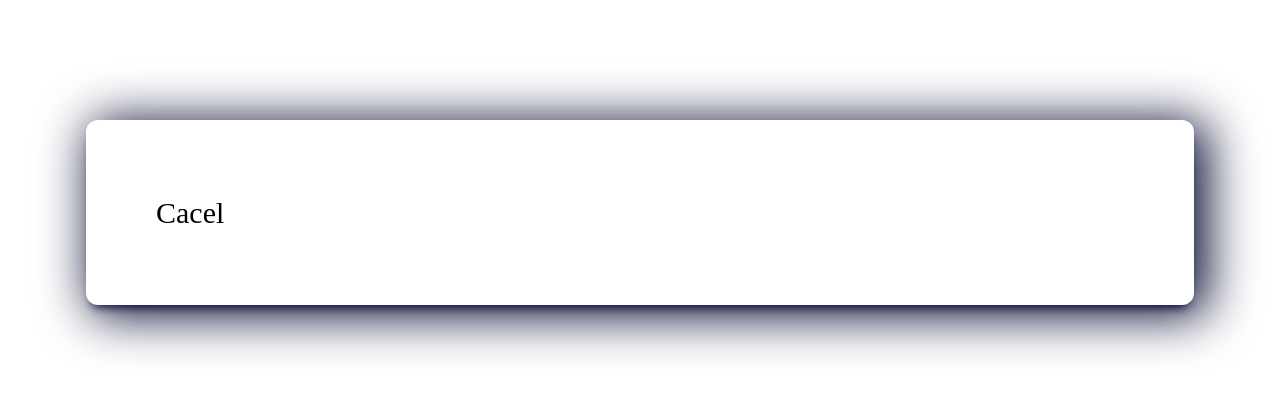
Repository: trantrang2101/CV
Page: index.html
The author's editor kept a copy of each file at every save. The page is drawn from the files as they stood at one save, then again after the next save.
The browser window is 1280 px wide. The pictures show the whole page.
Some web fonts or font styles are not loaded; a fallback is used.

Above is the page before, as saved 2022-07-13 18:18:53.
Console error: TypeError: Cannot read properties of null (reading 'addEventListener')

### index.html
<!DOCTYPE html>
<html lang="en" class="scroll-smooth">

<head>
    <meta charset="UTF-8" />
    <meta http-equiv="X-UA-Compatible" content="IE=edge" />
    <meta name="viewport" content="width=device-width, initial-scale=1.0" />
    <title>
        Play | Free Tailwind CSS Template for Startup and SaaS By TailGrids
    </title>
    <link rel="shortcut icon" href="assets/images/favicon.png" type="image/x-icon" />
    <link rel="stylesheet" href="assets/css/animate.css" />
    <link rel="stylesheet" href="assets/css/tailwind.css" />
    <link rel="stylesheet" href="assets/css/style.css" />

    <script src="assets/js/wow.min.js"></script>
    <script>
        new WOW().init();
    </script>
</head>

<body>
    <section id="home" class="pt-20 lg:pt-[120px] pb-20 lg:pb-[120px]">
        <div class="container">
            <div class="bg-white shadow-xl shadow-dark dark:shadow-xl dark:shadow-light wow fadeInUp rounded-xl"
                data-wow-delay=".2s" style="visibility: visible; animation-delay: 0.2s">
                <div
                    class="flex -mx-4 items-center justify-between relative lg:max-w-[565px] xl:max-w-[640px] w-full py-12 px-7 sm:px-12 md:p-16 lg:py-9 lg:px-16 xl:p-[70px]">
                    <div class="px-4 w-60 max-w-full">
                        <a href="index.html" class="navbar-logo w-full block py-5">
                            <h1 class="font-script">Cacel</h1>
                        </a>
                    </div>
                    <div class="flex px-4 justify-between items-center w-full">
                        <div>
                            <nav
                                class="absolute py-5 lg:py-0 lg:px-4 xl:px-6 bg-white lg:bg-transparent shadow-lg rounded-lg max-w-[250px] w-full lg:max-w-full lg:w-full right-4 top-full hidden lg:block lg:static lg:shadow-none">
                                <ul class="blcok lg:flex">
                                    <li class="relative group">
                                        <a href="#home"
                                            class="ud-menu-scroll text-base text-dark lg:text-white lg:group-hover:opacity-70 lg:group-hover:text-white group-hover:text-primary py-2 lg:py-6 lg:inline-flex lg:px-0 flex mx-8 lg:mr-0">
                                            Home
                                        </a>
                                    </li>
                                    <li class="relative group">
                                        <a href="#about"
                                            class="ud-menu-scroll text-base text-dark lg:text-white lg:group-hover:opacity-70 lg:group-hover:text-white group-hover:text-primary py-2 lg:py-6 lg:inline-flex lg:px-0 flex mx-8 lg:mr-0 lg:ml-7 xl:ml-12">
                                            About
                                        </a>
                                    </li>
                                    <li class="relative group">
                                        <a href="#pricing"
                                            class="ud-menu-scroll text-base text-dark lg:text-white lg:group-hover:opacity-70 lg:group-hover:text-white group-hover:text-primary py-2 lg:py-6 lg:inline-flex lg:px-0 flex mx-8 lg:mr-0 lg:ml-7 xl:ml-12">
                                            Pricing
                                        </a>
                                    </li>
                                    <li class="relative group">
                                        <a href="#team"
                                            class="ud-menu-scroll text-base text-dark lg:text-white lg:group-hover:opacity-70 lg:group-hover:text-white group-hover:text-primary py-2 lg:py-6 lg:inline-flex lg:px-0 flex mx-8 lg:mr-0 lg:ml-7 xl:ml-12">
                                            Team
                                        </a>
                                    </li>
                                    <li class="relative group">
                                        <a href="#contact"
                                            class="ud-menu-scroll text-base text-dark lg:text-white lg:group-hover:opacity-70 lg:group-hover:text-white group-hover:text-primary py-2 lg:py-6 lg:inline-flex lg:px-0 flex mx-8 lg:mr-0 lg:ml-7 xl:ml-12">
                                            Contact
                                        </a>
                                    </li>
                                </ul>
                            </nav>
                        </div>
                    </div>
                </div>
            </div>
        </div>
    </section>
    <script src="assets/js/main.js"></script>
    <script>
        const pageLink = document.querySelectorAll(".ud-menu-scroll");
        pageLink.forEach((elem) => {
            elem.addEventListener("click", (e) => {
                e.preventDefault();
                document.querySelector(elem.getAttribute("href")).scrollIntoView({
                    behavior: "smooth",
                    offsetTop: 1 - 60,
                });
            });
        });

        // section menu active
        function onScroll(event) {
            const sections = document.querySelectorAll(".ud-menu-scroll");
            const scrollPos =
                window.pageYOffset ||
                document.documentElement.scrollTop ||
                document.body.scrollTop;

            for (let i = 0; i < sections.length; i++) {
                const currLink = sections[i];
                const val = currLink.getAttribute("href");
                const refElement = document.querySelector(val);
                const scrollTopMinus = scrollPos + 73;
                if (
                    refElement.offsetTop <= scrollTopMinus &&
                    refElement.offsetTop + refElement.offsetHeight > scrollTopMinus
                ) {
                    document
                        .querySelector(".ud-menu-scroll")
                        .classList.remove("active");
                    currLink.classList.add("active");
                } else {
                    currLink.classList.remove("active");
                }
            }
        }

        window.document.addEventListener("scroll", onScroll);
    </script>
</body>

</html>

### assets/css/style.css
body,
html {
  position: absolute;
  width: 100%;
  height: 100%;
  left: 0px;
  top: 0px;
  /* background: linear-gradient(180deg, #ffc0ce 0%, #6de2fe 100%); */
}
.font-script {
  font-family: "Imperial Script";
}
h1.font-script {
  font-size: 30px;
}

### assets/js/main.js
(function () {
  "use strict";

  // ======= Sticky
  window.onscroll = function () {
    const ud_header = document.querySelector(".ud-header");
    const sticky = ud_header.offsetTop;
    const logo = document.querySelector(".header-logo");

    if (window.pageYOffset > sticky) {
      ud_header.classList.add("sticky");
    } else {
      ud_header.classList.remove("sticky");
    }

    // === logo change
    if (ud_header.classList.contains("sticky")) {
      logo.src = "assets/images/logo/logo.svg";
    } else {
      logo.src = "assets/images/logo/logo-white.svg";
    }

    // show or hide the back-top-top button
    const backToTop = document.querySelector(".back-to-top");
    if (
      document.body.scrollTop > 50 ||
      document.documentElement.scrollTop > 50
    ) {
      backToTop.style.display = "flex";
    } else {
      backToTop.style.display = "none";
    }
  };

  // ===== responsive navbar
  let navbarToggler = document.querySelector("#navbarToggler");
  const navbarCollapse = document.querySelector("#navbarCollapse");

  navbarToggler.addEventListener("click", () => {
    navbarToggler.classList.toggle("navbarTogglerActive");
    navbarCollapse.classList.toggle("hidden");
  });

  //===== close navbar-collapse when a  clicked
  document
    .querySelectorAll("#navbarCollapse ul li:not(.submenu-item) a")
    .forEach((e) =>
      e.addEventListener("click", () => {
        navbarToggler.classList.remove("navbarTogglerActive");
        navbarCollapse.classList.add("hidden");
      })
    );

  // ===== Sub-menu
  const submenuItems = document.querySelectorAll(".submenu-item");
  submenuItems.forEach((el) => {
    el.querySelector("a").addEventListener("click", () => {
      el.querySelector(".submenu").classList.toggle("hidden");
    });
  });

  // ===== Faq accordion
  const faqs = document.querySelectorAll(".single-faq");
  faqs.forEach((el) => {
    el.querySelector(".faq-btn").addEventListener("click", () => {
      el.querySelector(".icon").classList.toggle("rotate-180");
      el.querySelector(".faq-content").classList.toggle("hidden");
    });
  });

  // ===== wow js
  new WOW().init();

  // ====== scroll top js
  function scrollTo(element, to = 0, duration = 500) {
    const start = element.scrollTop;
    const change = to - start;
    const increment = 20;
    let currentTime = 0;

    const animateScroll = () => {
      currentTime += increment;

      const val = Math.easeInOutQuad(currentTime, start, change, duration);

      element.scrollTop = val;

      if (currentTime < duration) {
        setTimeout(animateScroll, increment);
      }
    };

    animateScroll();
  }

  Math.easeInOutQuad = function (t, b, c, d) {
    t /= d / 2;
    if (t < 1) return (c / 2) * t * t + b;
    t--;
    return (-c / 2) * (t * (t - 2) - 1) + b;
  };

  document.querySelector(".back-to-top").onclick = () => {
    scrollTo(document.documentElement);
  };
})();

Loaded but not shown: assets/css/animate.css (library); assets/css/tailwind.css (library); assets/js/wow.min.js (library)

After the next save:
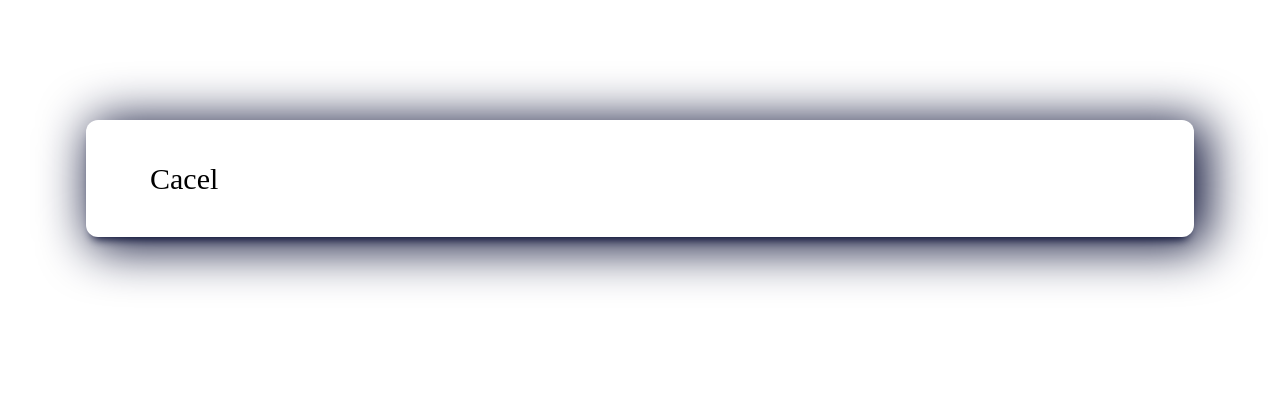
Saved 5 s later.
--- a/index.html
+++ b/index.html
@@ -25,7 +25,7 @@
             <div class="bg-white shadow-xl shadow-dark dark:shadow-xl dark:shadow-light wow fadeInUp rounded-xl"
                 data-wow-delay=".2s" style="visibility: visible; animation-delay: 0.2s">
                 <div
-                    class="flex -mx-4 items-center justify-between relative lg:max-w-[565px] xl:max-w-[640px] w-full py-12 px-7 sm:px-12 md:p-16 lg:py-9 lg:px-16 xl:p-[70px]">
+                    class="flex -mx-4 items-center justify-between relative lg:max-w-[565px] xl:max-w-[640px] w-full py-12 px-7 sm:px-12 md:p-16 lg:py-9 lg:px-16 xl:p-[30px]">
                     <div class="px-4 w-60 max-w-full">
                         <a href="index.html" class="navbar-logo w-full block py-5">
                             <h1 class="font-script">Cacel</h1>
